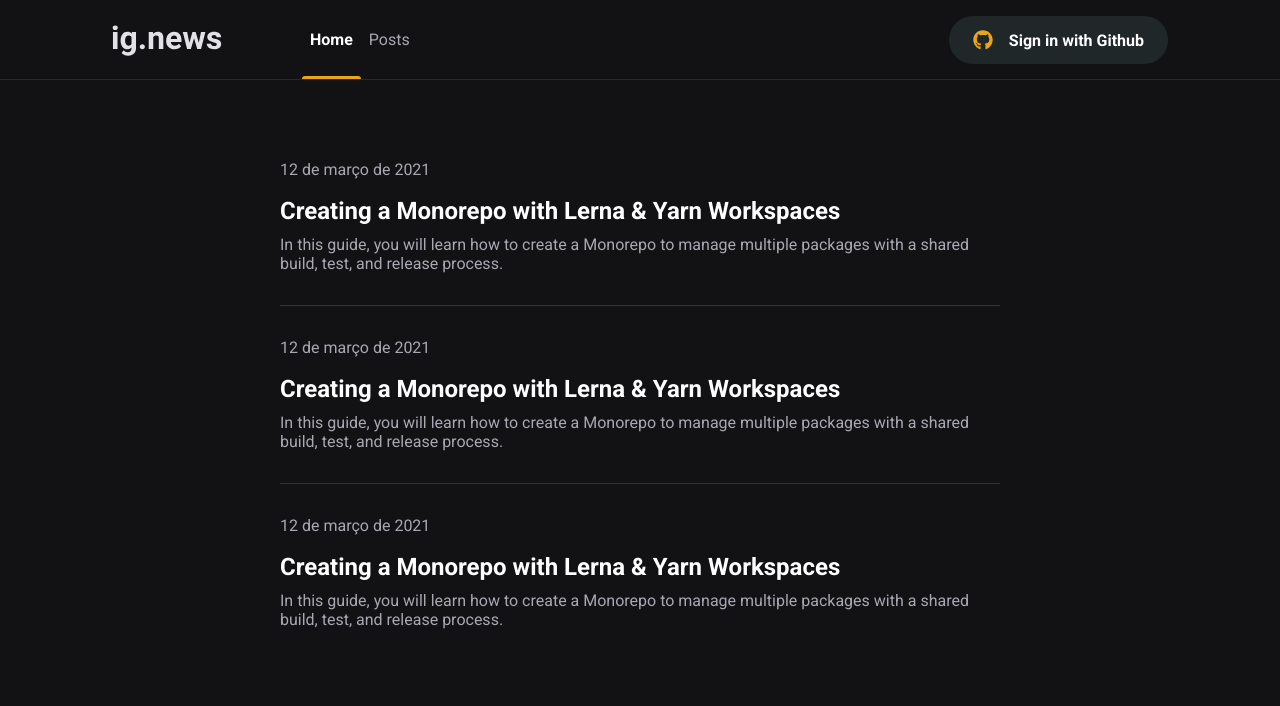
Repository: savinnsk/ignews
Page: /posts
These files come from the project's save history. The page is drawn as it stood at one moment and after the next save; the edit follows.
The browser window is 1280 px wide. The pictures show the whole page.
The page's requests for data from a server got no answer. The project was rebuilt for these pictures with package versions that can differ from the ones it lists, and the page was loaded fresh each time. The framework's server and built-in components were replaced by stand-ins that run in the browser. No one was signed in, and anything a server would have sent is missing.

Above is the page before, as saved 2021-06-24 21:37:47.

### src/pages/_app.tsx
import {Header} from "../components/Header/Header";

import { AppProps }  from 'next/app';
import '../styles/globals.scss';
import { Provider as NextAuthProvider } from 'next-auth/client'

function MyApp({ Component, pageProps } : AppProps ) {
  return (
  <NextAuthProvider session={pageProps.session}>
    <Header/>
    <Component {...pageProps} />
  </NextAuthProvider>
  )
}

export default MyApp

### src/pages/_document.tsx
import Document , { Html , Head , Main ,NextScript }from 'next/document';


export default class MyDocument extends Document {
    render(){
        return (
            <Html>
                <Head>
                <link rel="preconnect" href="https://fonts.gstatic.com"/>
                <link href="https://fonts.googleapis.com/css2?family=Roboto:wght@400;700;900&display=swap" rel="stylesheet"/>
                <link rel="shortcut icon" href="/favicon.png" type="image/png" />

                </Head>

                <body>
                    <Main />
                    <NextScript/>
                </body>
            </Html>
        )
    }
}

### src/pages/posts/index.tsx
import styles from './styles.module.scss'
import Head  from 'next/head'

export default function Post(){
    return (
        <>
        <Head>
            <title>Posts | Ignews</title>
        </Head>

        <main className={styles.container}>
          <div className={styles.posts} >
              <a href="">
                  <time>12 de março de 2021</time>
                  <strong>Creating a Monorepo with Lerna & Yarn Workspaces</strong>
                  <p>In this guide, you will learn how to create a Monorepo to manage multiple packages with a shared build, test, and release process.</p>
              </a>

              <a href="">
                  <time>12 de março de 2021</time>
                  <strong>Creating a Monorepo with Lerna & Yarn Workspaces</strong>
                  <p>In this guide, you will learn how to create a Monorepo to manage multiple packages with a shared build, test, and release process.</p>
              </a>

               <a href="">
                  <time>12 de março de 2021</time>
                  <strong>Creating a Monorepo with Lerna & Yarn Workspaces</strong>
                  <p>In this guide, you will learn how to create a Monorepo to manage multiple packages with a shared build, test, and release process.</p>
              </a>

          </div>
        </main>
        </>
    );
}

### src/components/Header/Header.tsx
import { SignInButton } from '../SingInButton/SignInButton';
import styles from './styles.module.scss';


export function Header (){
    return (
        <header className={styles.HeaderContainer}>
            <div className={styles.HeaderContent}>
                <img src="/images/logo.svg" alt="ig.news" />
                <nav>
                    <a className={styles.active} href="">Home</a>
                    <a  href="">Posts</a>
                </nav>

                <SignInButton/>
            </div>
        </header>
    )
}

### src/styles/globals.scss
* {
    margin : 0 ;
    padding: 0;
    box-sizing: border-box;

}


:root {

    --white : #ffffff;

    --gray100 : #e1e1e6 ;
    --gray300 : #a8a8b3;
    --gray700 : #323238;
    --gray-green850 : #1f2729;
    --gray800 : #29292e;
    --gray900: #121214;

    --cyan500 : #61dafb;
    --yellow500 : #eba417;
}


@media (max-width : 1080px){

    html{
        font-size : 93.75%  // 15px
    }
}

@media (max-width : 720px){

    html{
        font-size : 87.5% //14px
    }
}

body {

    background: var(--gray900);
    color : var(--white)

}


body , input ,button , select , textarea {
    font : 400 1rem "Roboto" , sans-sarif;
}

button {
    cursor: pointer ;
}


a{
    color : inherit ;
    text-decoration: none;
}

### src/pages/posts/styles.module.scss
.container {
    max-width: 1120px;
    margin: 0 auto;
    padding: 0 2rem;
}

.posts{
    max-width: 720px;
    margin: 5rem auto 0;

    a{
        display: block;

        & + a {
            margin-top: 2rem;
            padding-top:2rem;
            border-top:1px solid var(--gray700)
        }

        time {
            font-size:1rem;
            display: flex;
            align-items : center;
            color : var(--gray300)
        }

        strong {
            display: block;
            font-size: 1.5rem;
            margin-top : 1rem;
            line-height: 2rem;
        }


        p{
            color : var(--gray300);
            margin-top:0.5rem;
        }
    }
}

### src/components/SingInButton/SignInButton.tsx
import styles from './styles.module.scss'
import {FaGithub} from 'react-icons/fa'
import {FiX} from 'react-icons/fi';

import { signIn , signOut ,useSession } from 'next-auth/client'

export function SignInButton  () {

    const [session] = useSession() ;
    console.log(session)

 return session ? (



<button type="button"
    className={styles.SignInButton}
    onClick={()=> signOut()}
    >
       <FaGithub color="#04d361"/>
        {session.user.name}
        <FiX color="#737380" className={styles.closeIcon}/>
   </button>

 ): (

   <button type="button"
className={styles.SignInButton}
onClick={() => signIn('github')}
>
   <FaGithub color="#eba417"/>
    Sign in with Github
</button>



 )
}

### src/components/Header/styles.module.scss
.HeaderContainer {
    height : 5rem ;
    border-bottom : 1px solid var(--gray800)
}


.HeaderContent {
    max-width: 1120px;
    width: 100%;
    height : 5rem ;
    margin : 0 auto ; //align center horizon
    padding: 0 2rem;
    display : flex ;
    align-items: center;

        nav {
            margin-left:5rem ;
            height :5rem ;

                a{

                display: inline-block;
                position: relative;
                padding: 0 0.5rem;
                line-height : 5rem ;
                color :var(--gray300);
                transition : 0.2s;

                    a + a {
                        margin-left:2rem ;
                    }

                    &:hover
                    {
                      color : var(--white)
                    }


                    &.active {
                        color: var(--white);
                        font-weight :bold ;
                    }

                    &.active::after
                    {
                        content:'';
                        height : 3px;
                        border-radius : 3px 3px 0 0 ;
                        width : 100% ;
                        position : absolute ;
                        bottom : 1px ;
                        left : 0 ;
                        background: var(--yellow500);
                    }
                }


        }

         button {
             margin-left :auto ;
         }
}

### src/components/SingInButton/styles.module.scss
.SignInButton {

    height :3rem ;
    border-radius :3rem ;
    background: var(--gray-green850);
    border : 0 ;
    padding: 0 1.5rem;

    display: flex;
    align-items: center;
    justify-content: center;
    color: var(--white);
    font-weight : bold;
    transition: filter 0.2s;

    svg{
        width: 20px;
        height :20px;
    }

    svg:first-child{
        margin-right:1rem;
    }

    &:hover {
        filter: brightness(0.8);
    }

    .closeIcon {
        margin-left: 1rem;
    }
}

After the next save:
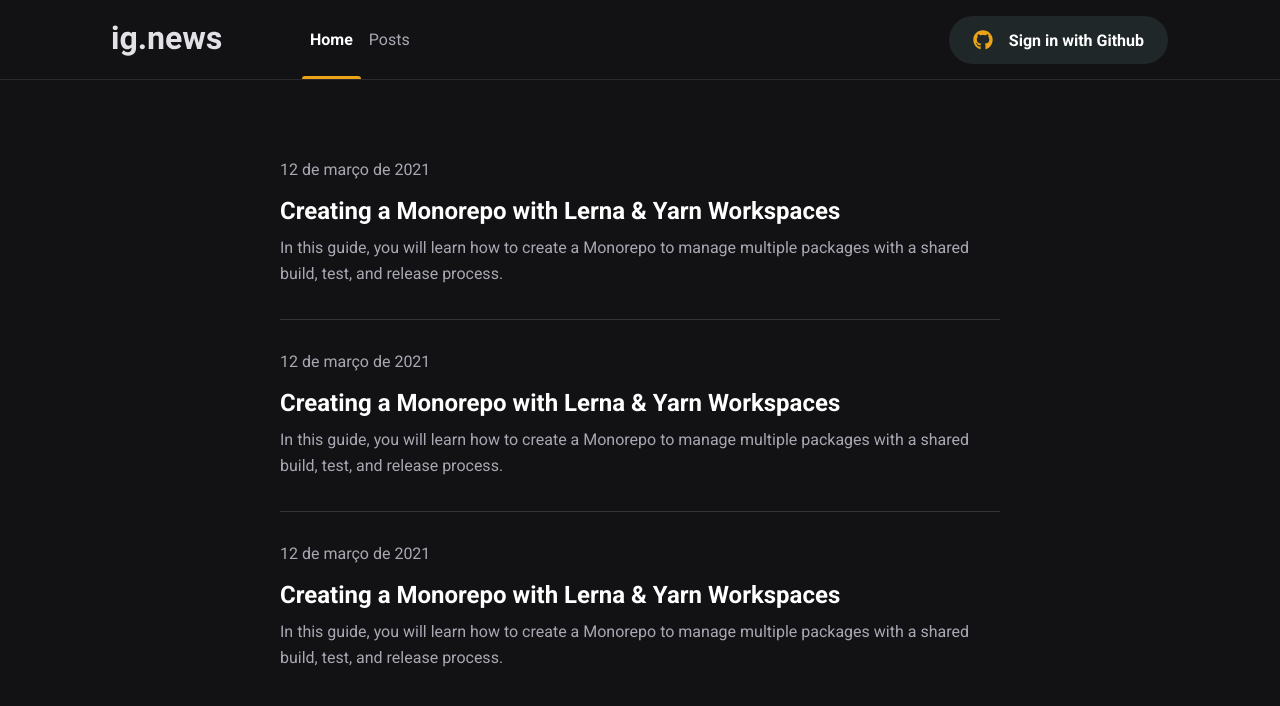
Saved 16 s later.
--- a/src/pages/posts/styles.module.scss
+++ b/src/pages/posts/styles.module.scss
@@ -35,6 +35,7 @@
         p{
             color : var(--gray300);
             margin-top:0.5rem;
+            line-height :1.625rem;
         }
     }
 }
